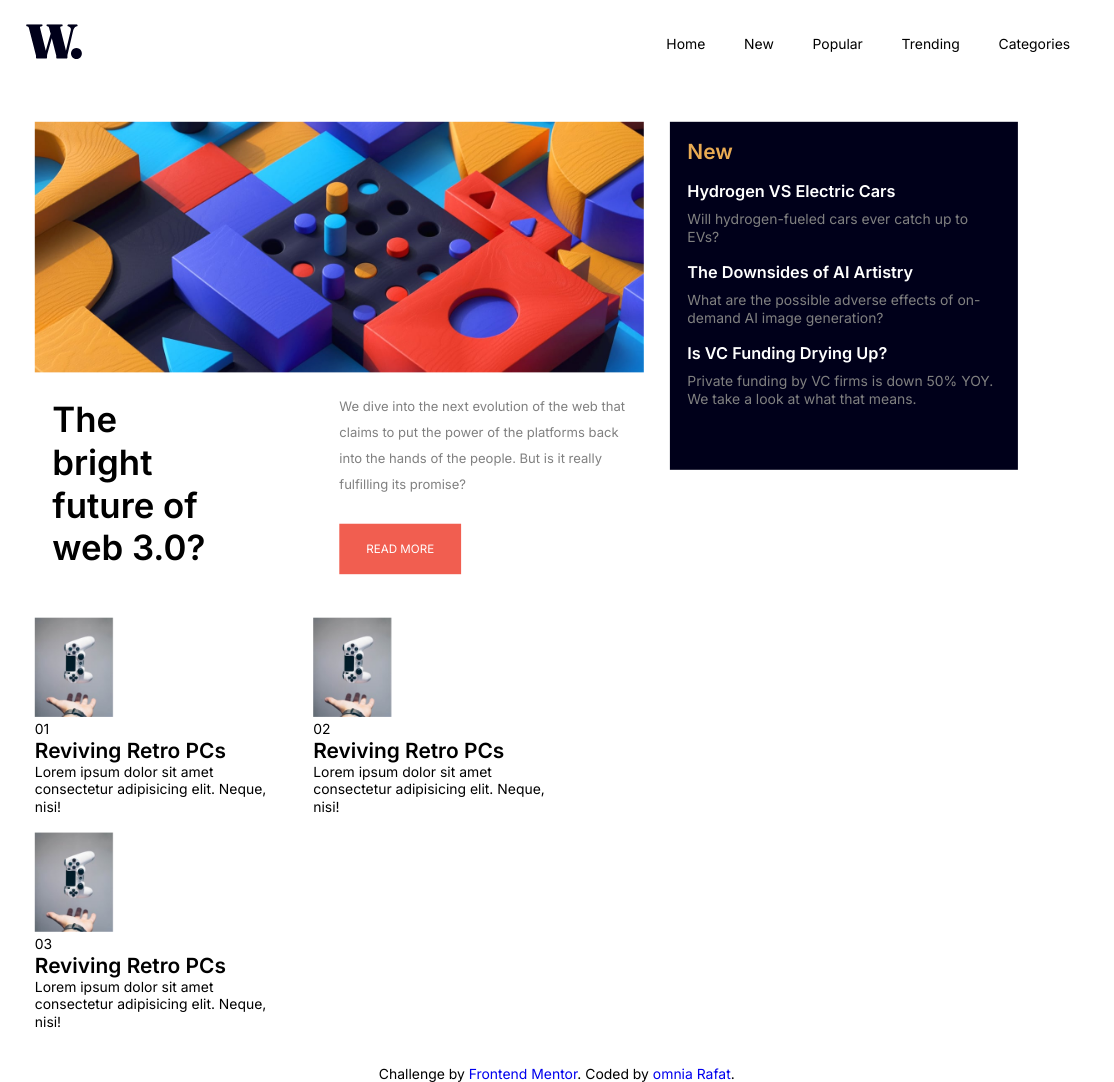
Repository: OmniaRafat232111121/HomePage
Page: index.html
An editor plug-in stored every save of this project. The page is shown before and after the next save, followed by the edit.
The browser window is 1280 px wide. The pictures show the whole page, at 87% of full size.

Above is the page before, as saved 2022-12-17 17:33:51.

After the next save:
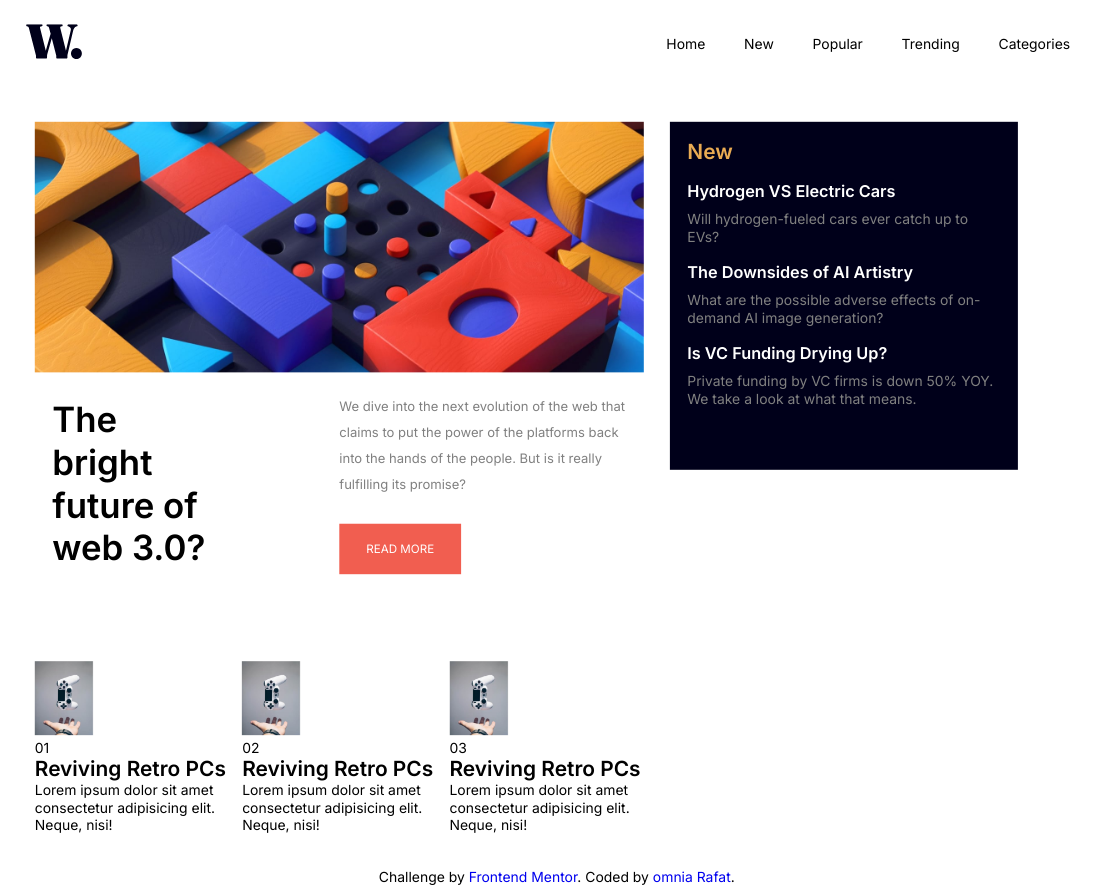
Saved 29 s later.
--- a/style.css
+++ b/style.css
@@ -107,9 +107,9 @@ background-color: #000;
 }
 .products{
  display: grid;
-gap: 20px;
-grid-template-columns: 300px 300px;
-
+    grid-template-columns: repeat(3, 1fr);
+    margin-top: 50px;
+    gap: 15px;
 }
 .product .image img{
     max-width: 100%;
